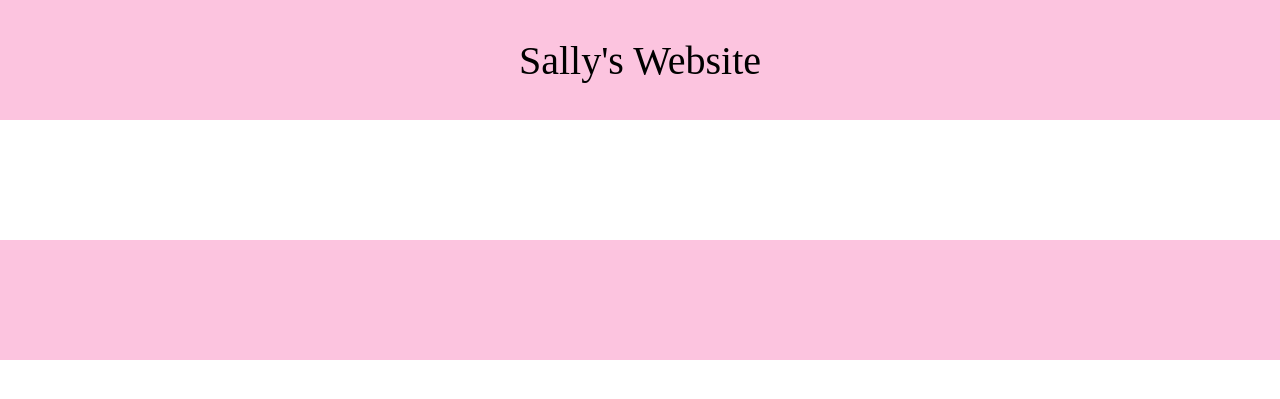
Repository: tianjiewang2022/tianjiewang2022.github.io
Page: index.html
These files come from the project's save history. The page is drawn as it stood at one moment and after the next save; the edit follows.
The browser window is 1280 px wide. The pictures show the whole page.

Above is the page before, as saved 2023-10-02 20:44:49.

After the next save:
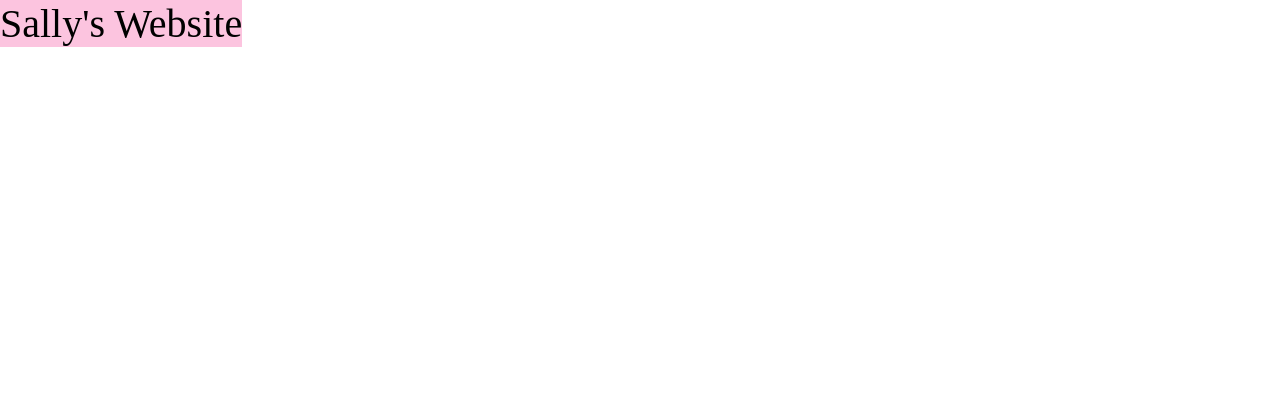
Saved 2 min 51 s later.
--- a/index.html
+++ b/index.html
@@ -23,12 +23,14 @@
                 justify-content: center;
                 align-items: center;
                 font-size: 40px;
+                position: fixed;
             }
 
             .left_bar {
                 background-color: rgb(252, 196, 223);
                 grid-row: 2 / span 4;
                 grid-column: 1 / span 1;
+                position: fixed;
             }
 
             .main_area {
@@ -45,6 +47,7 @@
                 background-color: rgb(252, 196, 223);
                 grid-row: 2 / span 4;
                 grid-column: 6 / span 1;
+                position: fixed;
             }
 
             footer {
@@ -54,6 +57,7 @@
                 justify-content: center;
                 align-items: center;
                 bottom: 0;
+                position: fixed;
             }
         </style>
     </head>

After the 2 saves that followed:
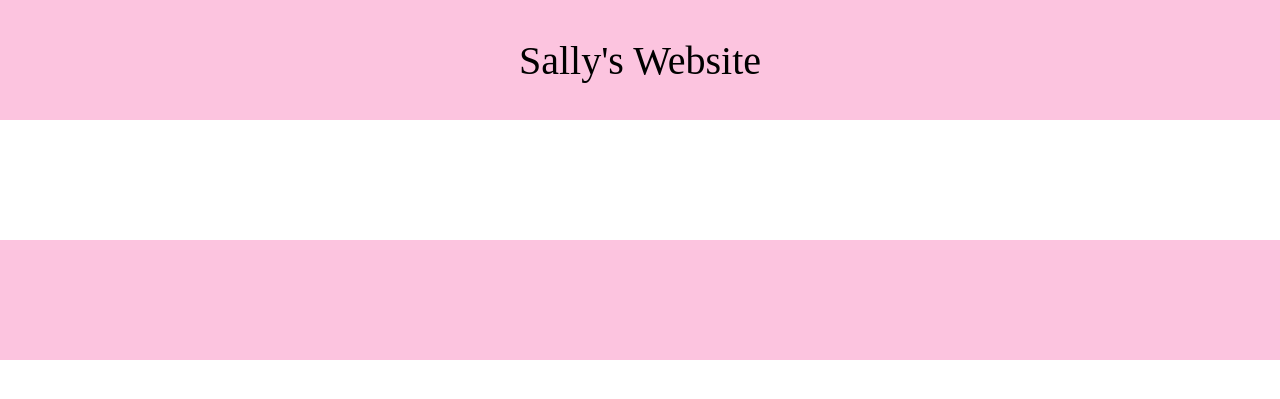
The 2 saves are shown as one change because 1 left the picture as it was.
The last was saved 8 min 59 s later.
--- a/index.html
+++ b/index.html
@@ -23,7 +23,7 @@
                 justify-content: center;
                 align-items: center;
                 font-size: 40px;
-                position: fixed;
+                z-index: 100;
             }
 
             .left_bar {
@@ -56,8 +56,7 @@
                 display: flex;
                 justify-content: center;
                 align-items: center;
-                bottom: 0;
-                position: fixed;
+                z-index: 100;
             }
         </style>
     </head>
